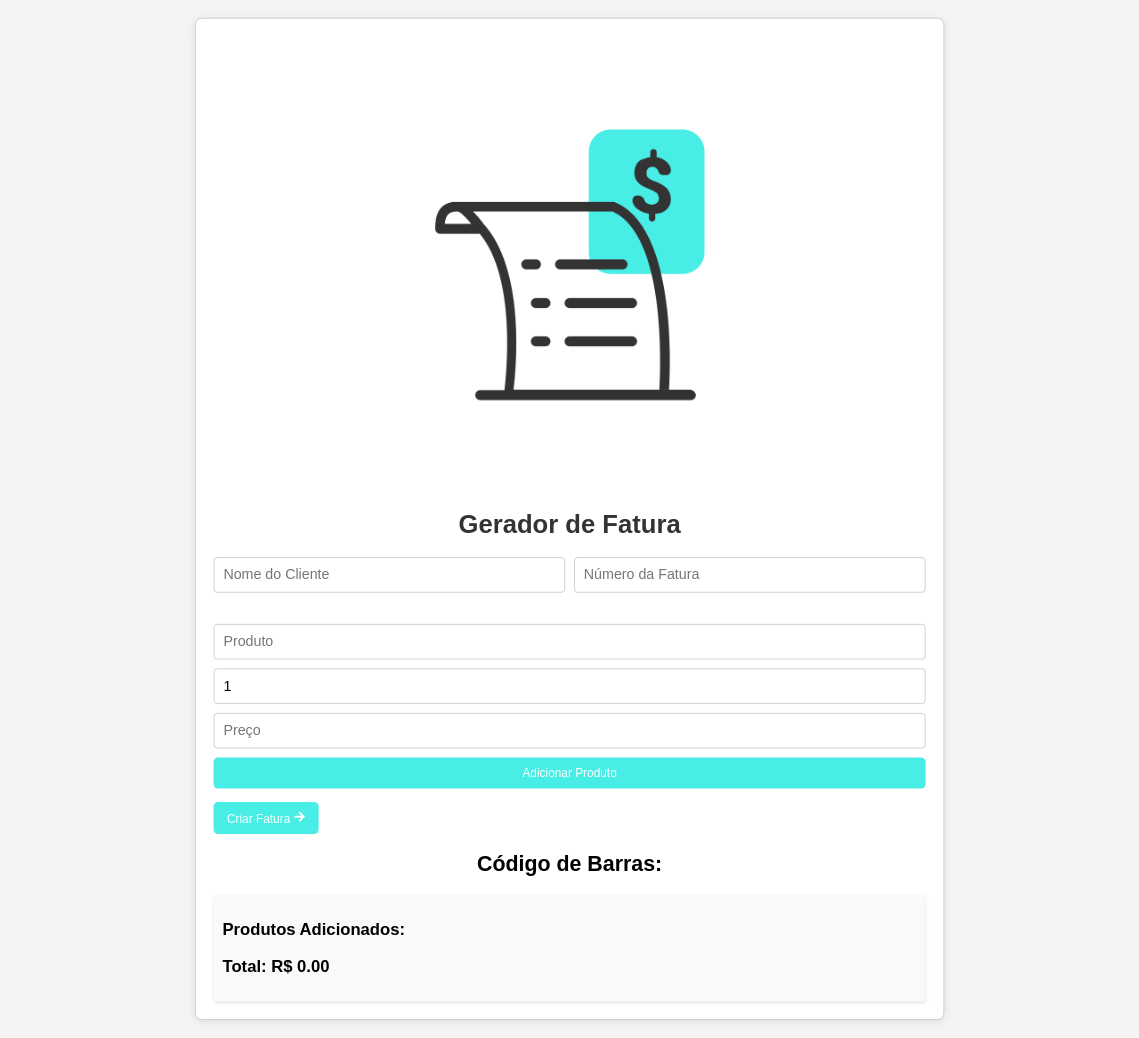
Repository: devthmedu/Invoice-Generator
Page: /
An editor plug-in stored every save of this project. The page is shown before and after the next save, followed by the edit.
The browser window is 1280 px wide. The pictures show the whole page, at 89% of full size.
The project was rebuilt for these pictures with package versions that can differ from the ones it lists, and the page was loaded fresh each time. Also part of the build but not shown: vite.config.js, src/Componete/Template.jsx.

Above is the page before, as saved 2024-07-16 22:02:53.

After the next save:
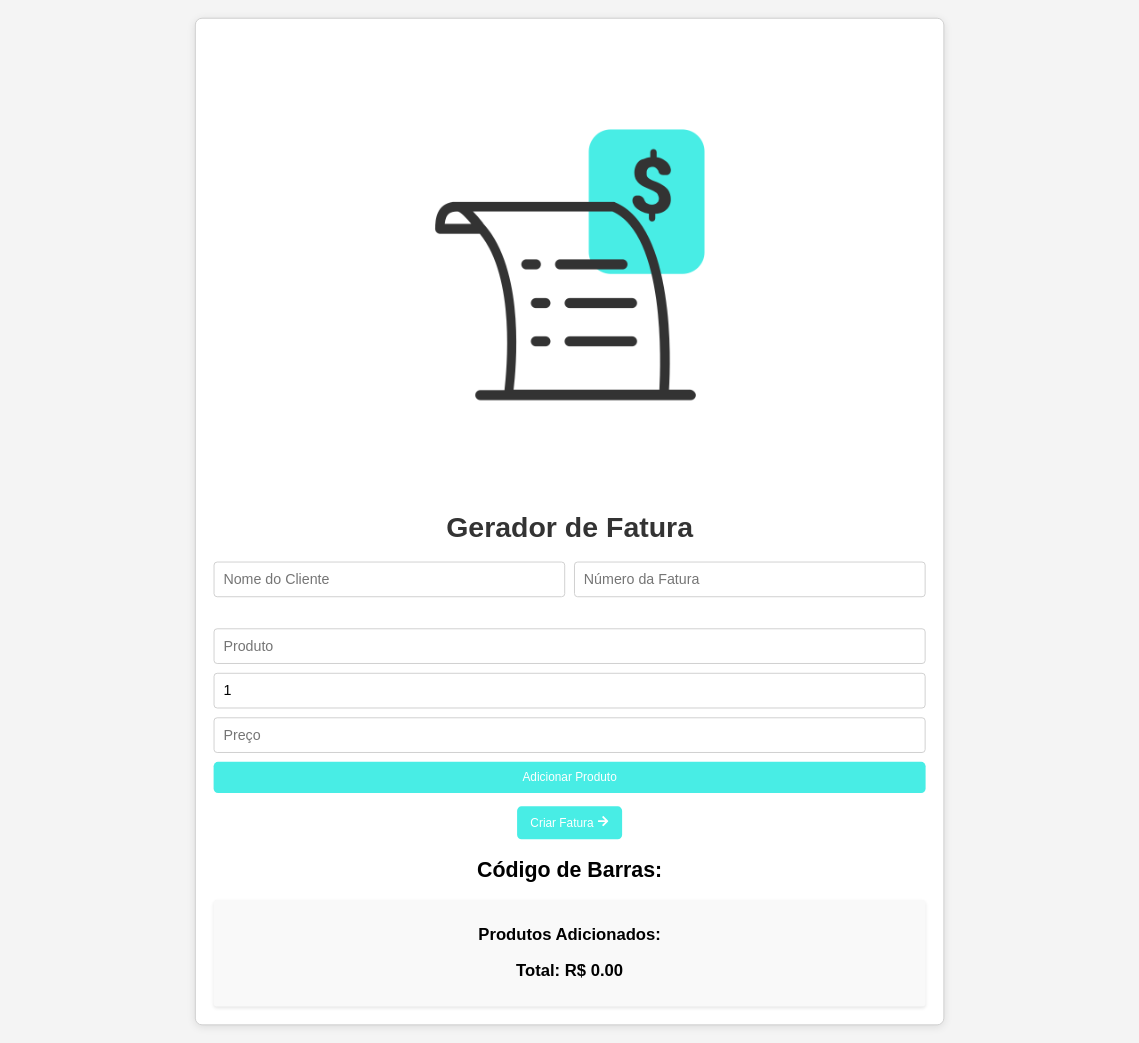
Saved 104 s later.
--- a/src/Componete/Template.css
+++ b/src/Componete/Template.css
@@ -8,10 +8,11 @@
   border-radius: 8px;
   box-shadow: 0 2px 10px rgba(0, 0, 0, 0.1);
   background-color: #fff;
+  text-align: center; /* Center align text */
 }
 
 .logo {
-  text-align: center;
+  margin-bottom: 20px; /* Space below logo */
 }
 
 .logo img {
@@ -20,17 +21,15 @@
 }
 
 .title {
-  text-align: center;
   color: #333;
-  font-size: 1.8em; /* Responsive font size */
+  font-size: 2em; /* Increased font size for better visibility */
+  margin-bottom: 20px; /* Space below title */
 }
 
-.client-info {
-  margin: 20px 0;
-}
-
+.client-info,
 .payment-method {
   margin: 15px 0;
+  font-size: 1.1em; /* Slightly larger text for better readability */
 }
 
 .table {
@@ -42,12 +41,13 @@
 .table th,
 .table td {
   border: 1px solid #ddd;
-  padding: 8px;
+  padding: 12px; /* Increased padding for better spacing */
   text-align: left;
 }
 
 .table th {
   background-color: #f2f2f2;
+  font-weight: bold; /* Bold font for table headers */
 }
 
 .text-right {
@@ -68,11 +68,12 @@
 .notes {
   margin: 20px 0;
   font-size: 0.9em; /* Smaller font for notes */
+  color: #555; /* Softer color for notes */
 }
 
 .button-group {
   display: flex;
-  justify-content: space-between;
+  justify-content: center; /* Center buttons */
   flex-wrap: wrap; /* Allow buttons to wrap on smaller screens */
 }
 
@@ -85,9 +86,9 @@
   color: white;
   cursor: pointer;
   transition: background-color 0.3s;
+  margin: 5px; /* Spacing between buttons */
   flex: 1; /* Allow buttons to grow */
   max-width: 200px; /* Limit button width */
-  margin: 5px; /* Spacing between buttons */
 }
 
 .print-button:hover,
@@ -104,6 +105,7 @@
 .forms {
   display: flex;
   flex-direction: column;
+  align-items: center; /* Center align forms */
 }
 
 .forms input {
